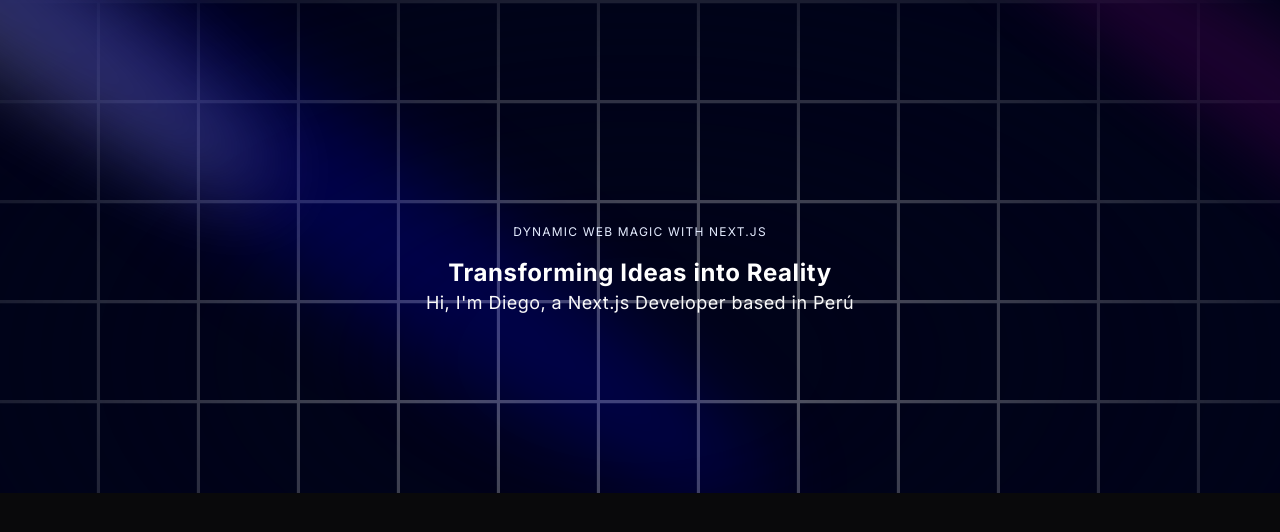
Repository: drsamame/portfolio.next
Page: /
The author's editor kept a copy of each file at every save. The page is drawn from the files as they stood at one save, then again after the next save.
The browser window is 1280 px wide. The pictures show the whole page.
The project was rebuilt for these pictures with package versions that can differ from the ones it lists, and the page was loaded fresh each time. The framework's server and built-in components were replaced by stand-ins that run in the browser. Also part of the build but not shown: next.config.mjs.

Above is the page before, as saved 2024-07-02 16:48:08.

After the next save:
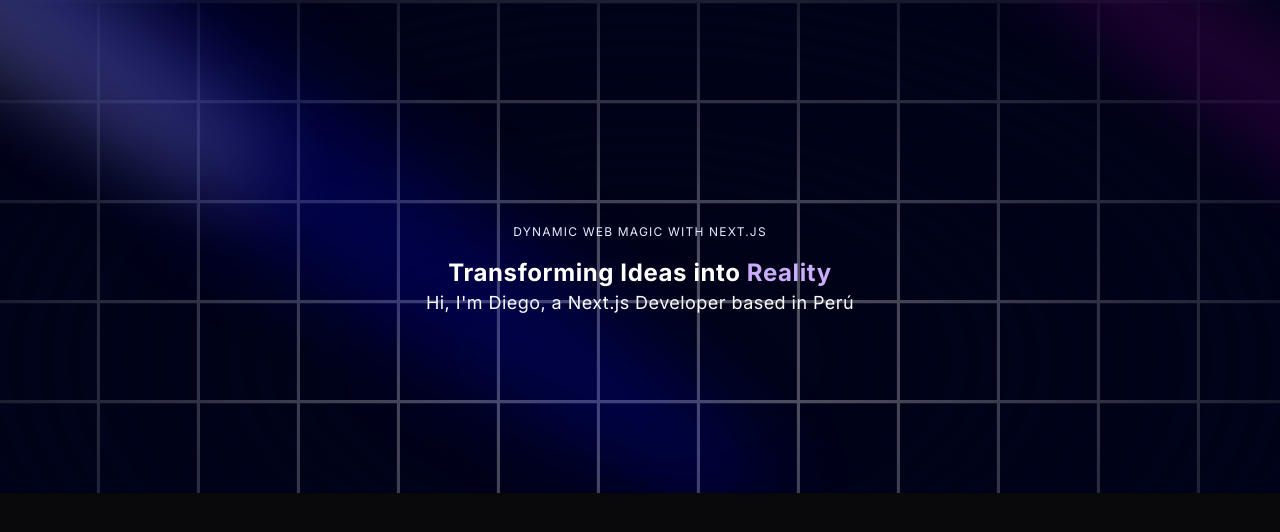
Saved 20 s later.
--- a/components/ui/TextGenerateEffect.tsx
+++ b/components/ui/TextGenerateEffect.tsx
@@ -32,7 +32,7 @@
           return (
             <motion.span
               key={word + idx}
-              className={`${ idx > 3 ? 'text-purple': 'dark:text-white text-black'}  opacity-0`}
+              className={`${ idx > 2 ? 'text-purple': 'dark:text-white text-black'}  opacity-0`}
             >
               {word}{" "}
             </motion.span>
